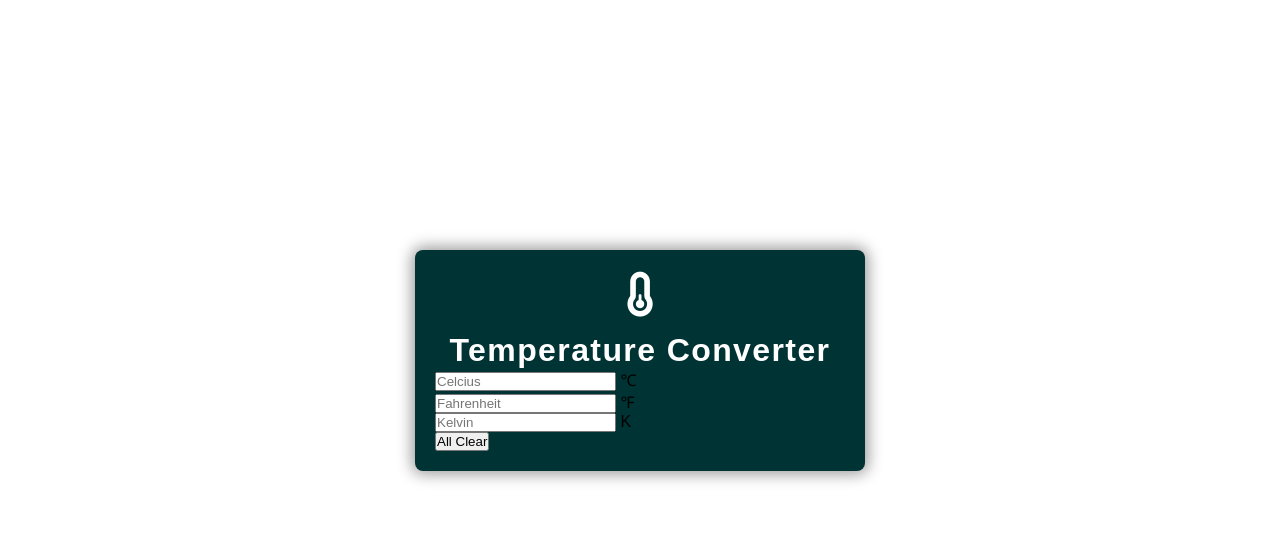
Repository: kiranjeetkaur01/tempconverter.github.io
Page: index.html
The author's editor kept a copy of each file at every save. The page is drawn from the files as they stood at one save, then again after the next save.
The browser window is 1280 px wide. The pictures show the whole page.

Above is the page before, as saved 2023-09-27 12:45:00.

After the next save:
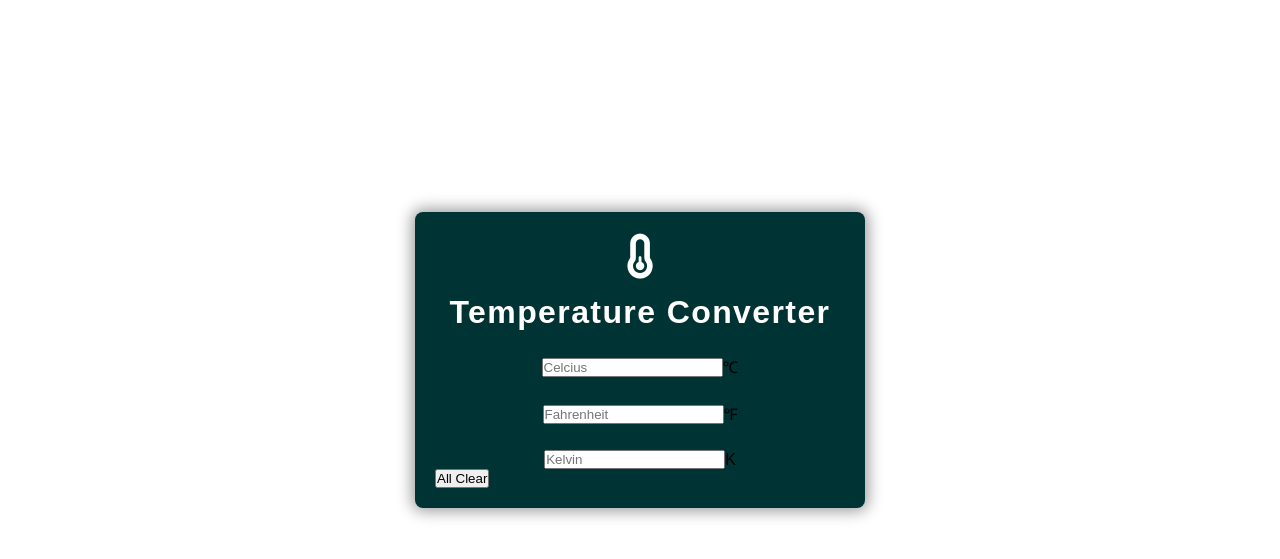
Saved 2 min 11 s later.
--- a/style.css
+++ b/style.css
@@ -33,3 +33,11 @@ h1 {
   color: #fff;
   letter-spacing: 1.4px;
 }
+#celcius,
+#fahrenheit,
+#kelvin {
+  display: flex;
+  justify-content: center;
+  align-items: center;
+  margin-top: 25px;
+}
